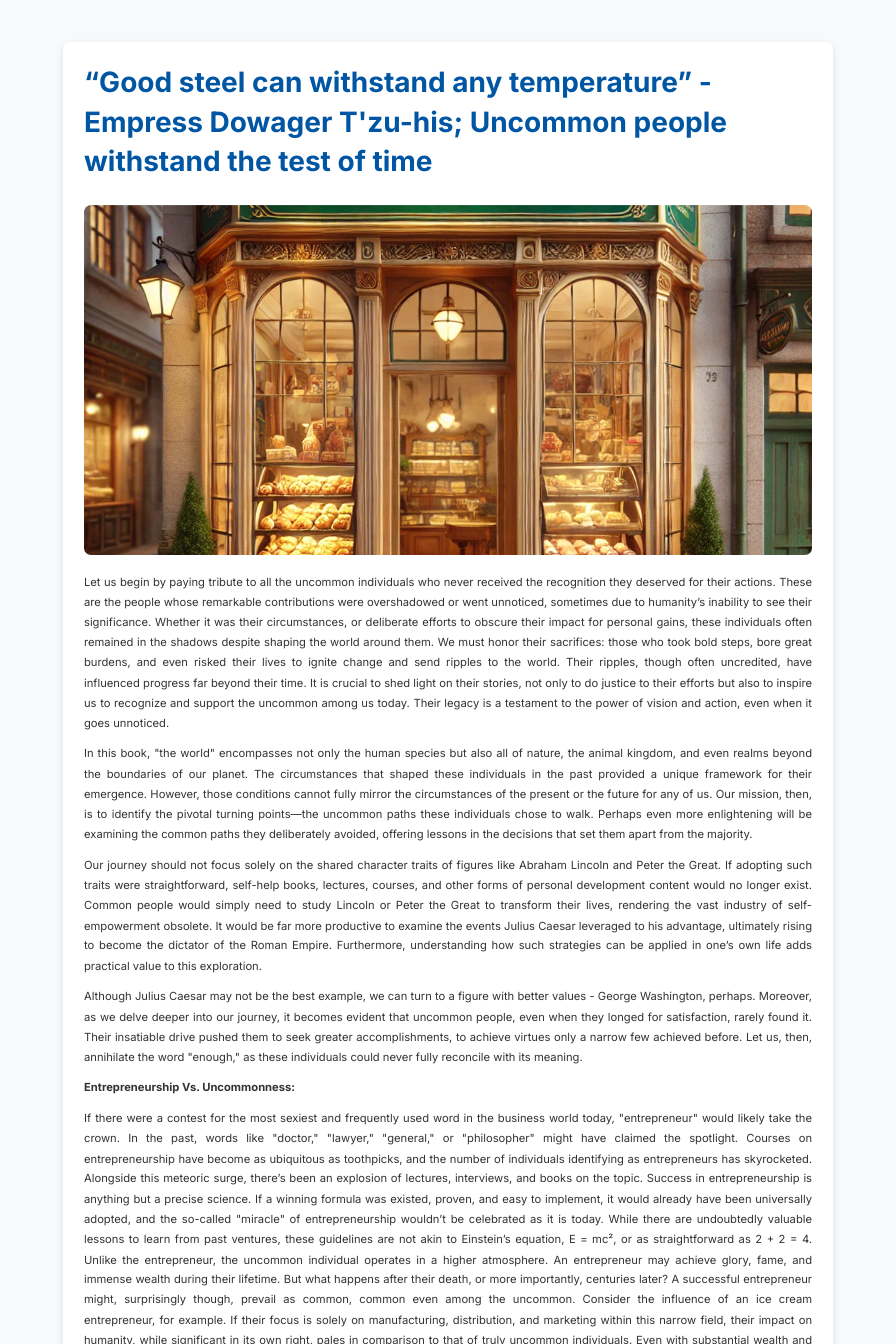
Repository: AvivGranot/Uncommon-Website
Page: Assets/Posts/post2.html
The author's editor kept a copy of each file at every save. The page is drawn from the files as they stood at one save, then again after the next save.
The browser window is 1280 px wide. The pictures show the part of the page from y = 0 to 1920 px (the page is 2748 px tall before and 2848 px after), at 70% of full size.

Above is the page before, as saved 2025-01-10 00:01:40.

### Assets/Posts/post2.html
<!DOCTYPE html>
<html lang="en">
<head>
    <meta charset="UTF-8">
    <meta name="viewport" content="width=device-width, initial-scale=1.0">
    <title>Entrepreneurship vs. Uncommonness?</title>
    <link href="https://fonts.googleapis.com/css2?family=Inter:wght@400;700&display=swap" rel="stylesheet">
    <style>
        * {
            margin: 0;
            padding: 0;
            box-sizing: border-box;
        }

        body {
            font-family: 'Inter', sans-serif;
            background-color: #f8f9fa;
            color: #333;
            line-height: 1.8;
            padding: 20px;
        }

        .container {
            max-width: 1100px;
            margin: 40px auto;
            padding: 30px;
            background-color: #fff;
            border-radius: 10px;
            box-shadow: 0 4px 10px rgba(0, 0, 0, 0.1);
        }

        h1 {
            font-size: 2.5rem;
            margin-bottom: 20px;
            line-height: 1.4;
            color: #0056a3;
        }

        p {
            font-size: 1rem;
            margin-bottom: 15px;
            text-align: justify;
        }

        .image {
    width: 100%; /* Ensure it takes full width of the container */
    max-width: 1200px; /* Increase the maximum width for a wider appearance */
    max-height: 500px; /* Adjust the height limit as needed */
    object-fit: cover; /* Ensures the image maintains its aspect ratio */
    border-radius: 10px;
    margin: 15px 0;
}


        footer {
            text-align: center;
            margin-top: 40px;
            padding: 20px;
            background-color: #0056a3;
            color: white;
            border-radius: 10px;
        }

        footer a {
            color: #ffc107;
            text-decoration: none;
        }

        footer a:hover {
            text-decoration: underline;
        }
    </style>
</head>
<body>
    <div class="container">
        <h1>“Good steel can withstand any temperature” - Empress Dowager T'zu-his; Uncommon people withstand the test of time</h1>
        <img src="../Images/Cameron Pastry Shop.webp" alt="DALL-E Generated Image" class="image">
        <p>Let us begin by paying tribute to all the uncommon individuals who never received the recognition they deserved for their actions. These are the people whose remarkable contributions were overshadowed or went unnoticed, sometimes due to humanity’s inability to see their significance. Whether it was their circumstances, or deliberate efforts to obscure their impact for personal gains, these individuals often remained in the shadows despite shaping the world around them. We must honor their sacrifices: those who took bold steps, bore great burdens, and even risked their lives to ignite change and send ripples to the world. Their ripples, though often uncredited, have influenced progress far beyond their time. It is crucial to shed light on their stories, not only to do justice to their efforts but also to inspire us to recognize and support the uncommon among us today. Their legacy is a testament to the power of vision and action, even when it goes unnoticed.</p>
        <p>In this book, "the world" encompasses not only the human species but also all of nature, the animal kingdom, and even realms beyond the boundaries of our planet. The circumstances that shaped these individuals in the past provided a unique framework for their emergence. However, those conditions cannot fully mirror the circumstances of the present or the future for any of us. Our mission, then, is to identify the pivotal turning points—the uncommon paths these individuals chose to walk. Perhaps even more enlightening will be examining the common paths they deliberately avoided, offering lessons in the decisions that set them apart from the majority.</p>
        <p>Our journey should not focus solely on the shared character traits of figures like Abraham Lincoln and Peter the Great. If adopting such traits were straightforward, self-help books, lectures, courses, and other forms of personal development content would no longer exist. Common people would simply need to study Lincoln or Peter the Great to transform their lives, rendering the vast industry of self-empowerment obsolete. It would be far more productive to examine the events Julius Caesar leveraged to his advantage, ultimately rising to become the dictator of the Roman Empire. Furthermore, understanding how such strategies can be applied in one’s own life adds practical value to this exploration.</p>
        <p>Although Julius Caesar may not be the best example, we can turn to a figure with better values - George Washington, perhaps. Moreover, as we delve deeper into our journey, it becomes evident that uncommon people, even when they longed for satisfaction, rarely found it. Their insatiable drive pushed them to seek greater accomplishments, to achieve virtues only a narrow few achieved before. Let us, then, annihilate the word "enough," as these individuals could never fully reconcile with its meaning.</p>
        <p><b>Entrepreneurship Vs. Uncommonness:</b></p>
        <p>If there were a contest for the most sexiest and frequently used word in the business world today, "entrepreneur" would likely take the crown. In the past, words like "doctor," "lawyer," "general," or "philosopher" might have claimed the spotlight. Courses on entrepreneurship have become as ubiquitous as toothpicks, and the number of individuals identifying as entrepreneurs has skyrocketed. Alongside this meteoric surge, there’s been an explosion of lectures, interviews, and books on the topic. Success in entrepreneurship is anything but a precise science. If a winning formula was existed, proven, and easy to implement, it would already have been universally adopted, and the so-called "miracle" of entrepreneurship wouldn’t be celebrated as it is today. While there are undoubtedly valuable lessons to learn from past ventures, these guidelines are not akin to Einstein’s equation, E = mc², or as straightforward as 2 + 2 = 4. Unlike the entrepreneur, the uncommon individual operates in a higher atmosphere. An entrepreneur may achieve glory, fame, and immense wealth during their lifetime. But what happens after their death, or more importantly, centuries later? A successful entrepreneur might, surprisingly though, prevail as common, common even among the uncommon. Consider the influence of an ice cream entrepreneur, for example. If their focus is solely on manufacturing, distribution, and marketing within this narrow field, their impact on humanity, while significant in its own right, pales in comparison to that of truly uncommon individuals. Even with substantial wealth and assets, can their legacy rival the profound influence of Albert Einstein, Napoleon Bonaparte, or John D. Rockefeller?</p>
        <p>Now we understand that creating only a limited scope of values doesn’t always lead to being uncommon. Excelling in the top management, marketing, and distribution of an ice cream supply chain might establish someone as a successful entrepreneur. However, it doesn’t necessarily elevate to the status of an uncommon individual in the test of time. Our successful ice cream entrepreneur has undoubtedly created meaningful contributions: colleagues, competitors, employees, and even strangers may learn from his achievements. Nor should we underestimate the power of the small ripples he has generated. Whether it’s the joy and delight sparked by tasting his ice cream, relationships formed through shared moments, or even the self-discovery inspired by a failed date at his shop. Yet, creating a few ripples and localized value does not inherently make someone uncommon. In contrast, those who produce a mighty current of ripples and transformative values, impacting countless lives and shaping the world for generations, earn their place among the uncommon people.</p>
        <p>For instance, Thomas Edison was granted 1,093 patents in the United States alone and a total of 2,332 worldwide . Even if he had registered only a handful of patents, his financial and social status would likely have skyrocketed. However, Edison is universally regarded as an uncommon individual not just because of his inventions but because he consistently created value and generated ripples that advanced the world in profound and lasting ways.</p>
        <p>To quote Rober F. Kennedy beautiful, inspiring words: <b>“Few will have the greatness to bend history itself, but each of us can work to change a small portion of events. It is from numberless diverse acts of courage and belief that human history is shaped. Each time a man stands up for an ideal, or acts to improve the lot of others, or strikes out against injustice, he sends forth a tiny ripple of hope, and crossing each other from a million different centers of energy and daring those ripples build a current which can sweep down the mightiest walls of oppression and resistance”.</b></p>

        <footer>
            &copy; 2025 Uncommon People in a Common World. All rights reserved. Unauthorized use, copying, or reproduction of this content is prohibited. <a href="../../index.html">Back to Home</a>
        </footer>

    </div>
</body>
</html>

After the next save:
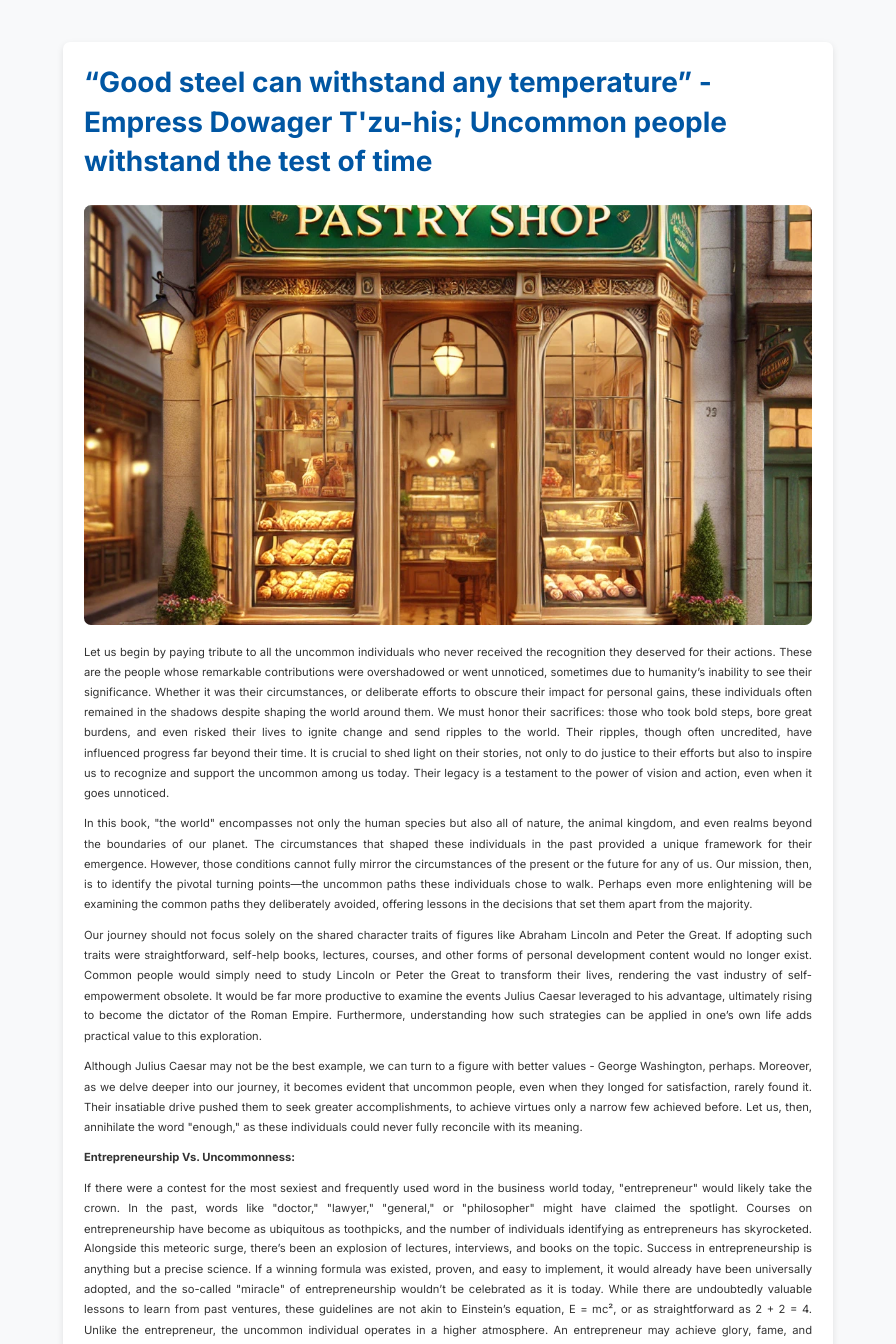
Saved 11 s later.
--- a/Assets/Posts/post2.html
+++ b/Assets/Posts/post2.html
@@ -45,7 +45,7 @@
         .image {
     width: 100%; /* Ensure it takes full width of the container */
     max-width: 1200px; /* Increase the maximum width for a wider appearance */
-    max-height: 500px; /* Adjust the height limit as needed */
+    max-height: 600px; /* Adjust the height limit as needed */
     object-fit: cover; /* Ensures the image maintains its aspect ratio */
     border-radius: 10px;
     margin: 15px 0;
